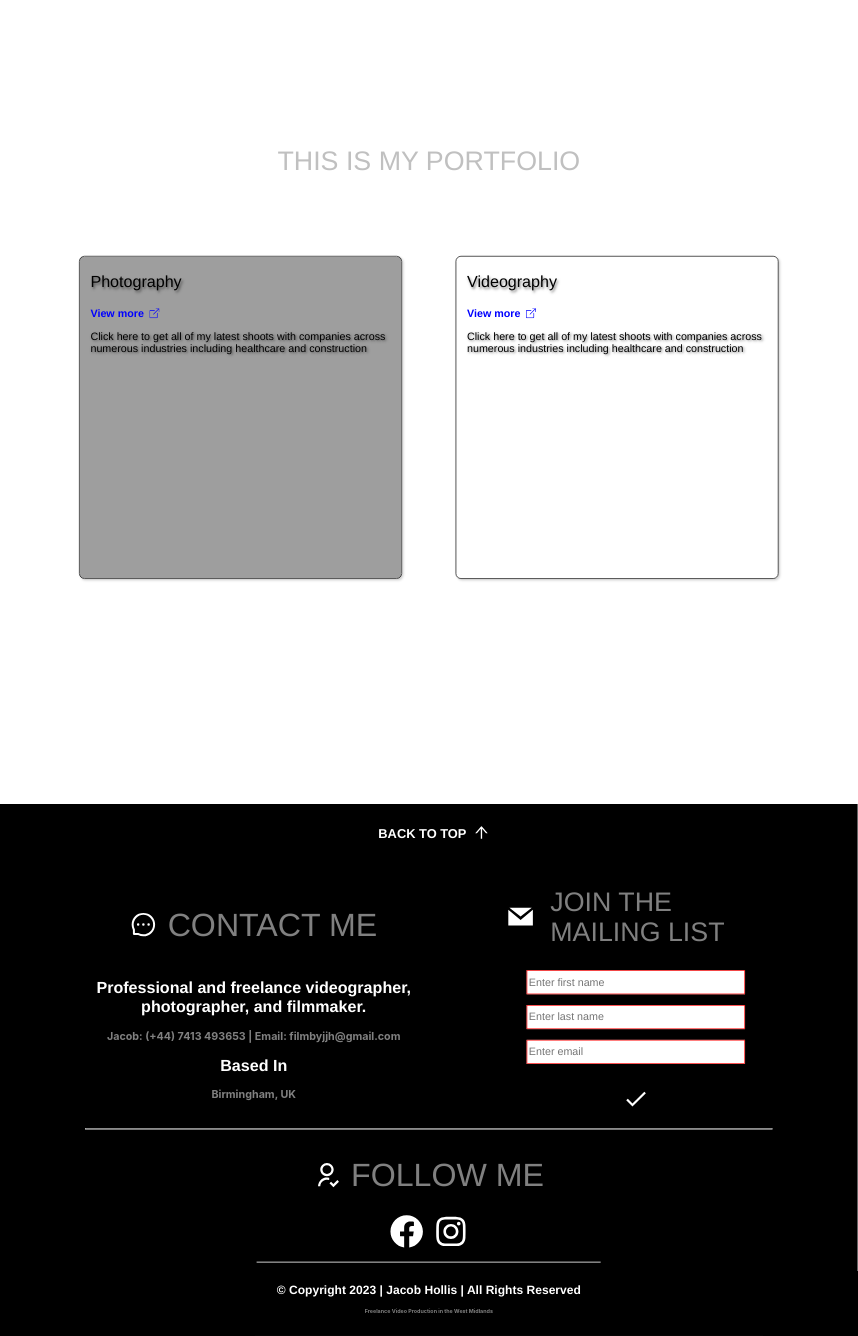
Repository: ThomasMTurner/filmbyjjh-portfolio
Page: /portfolio (app in client/)
These files come from the project's save history. The page is drawn as it stood at one moment and after a run of saves; the edit follows.
The browser window is 1280 px wide. The pictures show the whole page, at 67% of full size.
Pictures or frames that could not be fetched are drawn as grey boxes. The project was rebuilt for these pictures with package versions that can differ from the ones it lists, and the page was loaded fresh each time. Also part of the build but not shown: client/vite.config.js, client/src/pages/Components/TagComponents.jsx, client/src/pages/Components/Post.jsx, client/src/pages/Components/SearchBar.jsx, client/src/pages/Updates.jsx, client/src/pages/Contact.jsx, client/src/pages/Components/InitialLogin.jsx, client/src/pages/Home.jsx and 2 more. Imported but missing from the stored project, and not drawn on this page: client/src/pages/Components/Videos/header.mp4, client/src/pages/Components/Videos/portfolio-reel.mp4.

Above is the page before, as saved 2023-10-20 13:04:34.

After the next 2 saves:
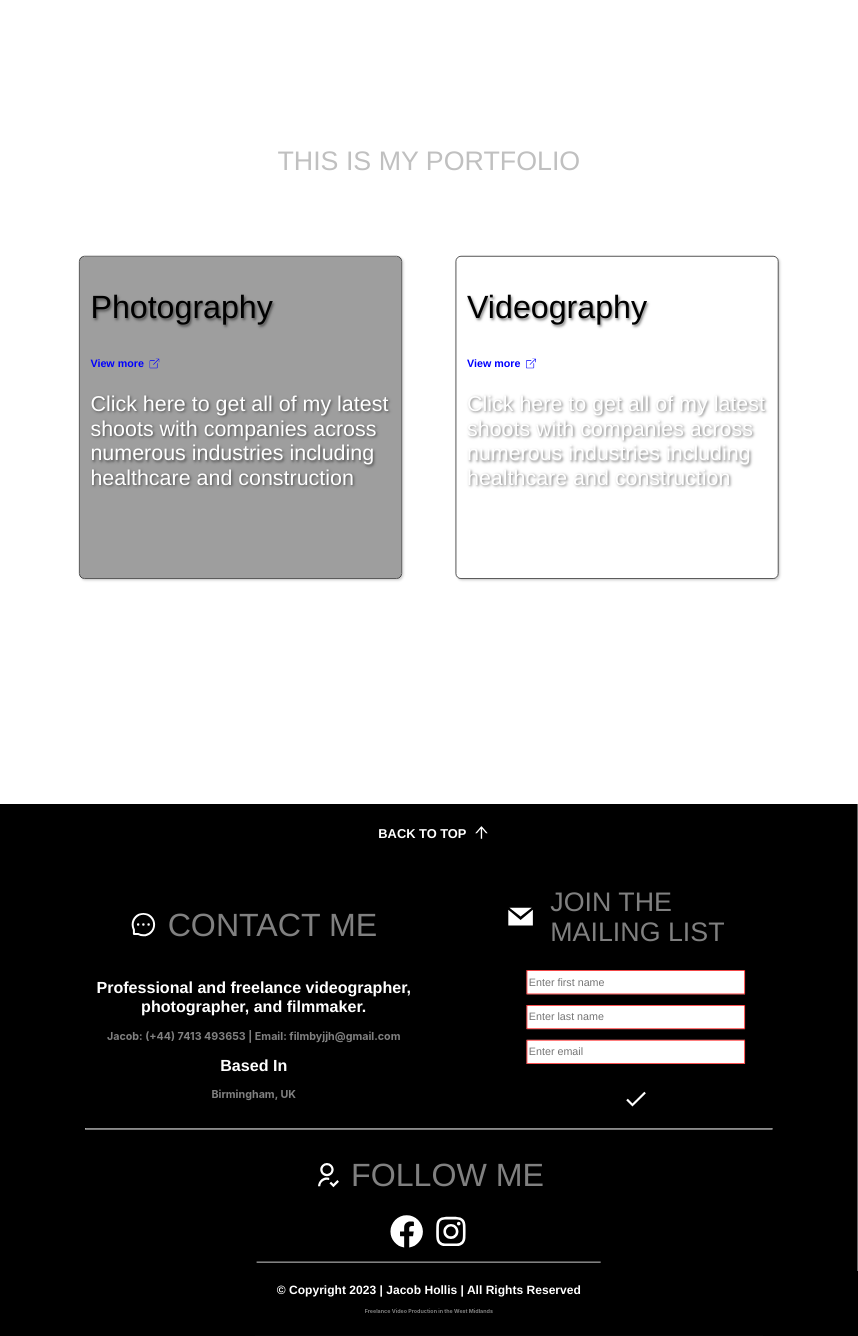
The 2 saves are shown as one change because they came seconds apart.
The last was saved 7 s later.
--- a/client/src/pages/Portfolio.jsx
+++ b/client/src/pages/Portfolio.jsx
@@ -6,9 +6,9 @@ const PortfolioCard = (props) => {
     console.log(props.title.toLowerCase().slice(0, 5))
     return (
         <div className={`portfolio-card portfolio-card-${props.title.toLowerCase()}`}>
-            <p style={{fontFamily:'helvetica', fontWeight:'200', fontSize:'1.5rem', color:'black'}}>{props.title}</p>
+            <p style={{fontFamily:'helvetica', fontWeight:'200', fontSize:'3rem', color:'black'}}>{props.title}</p>
             <button className='portfolio-card-button' type="button" onClick={() => navigate(`/portfolio/${props.title.toLowerCase().slice(0, 5)}`)}>View more <BsBoxArrowUpRight color={'blue'} size={15} /></button>
-            <p style={{fontFamily:'helvetica', fontWeight:'200', fontSize:'1rem', color:'black'}}>{props.desc}</p>
+            <p style={{fontFamily:'helvetica', fontWeight:'200', fontSize:'2rem'}}>{props.desc}</p>
         </div>
     )
 }
